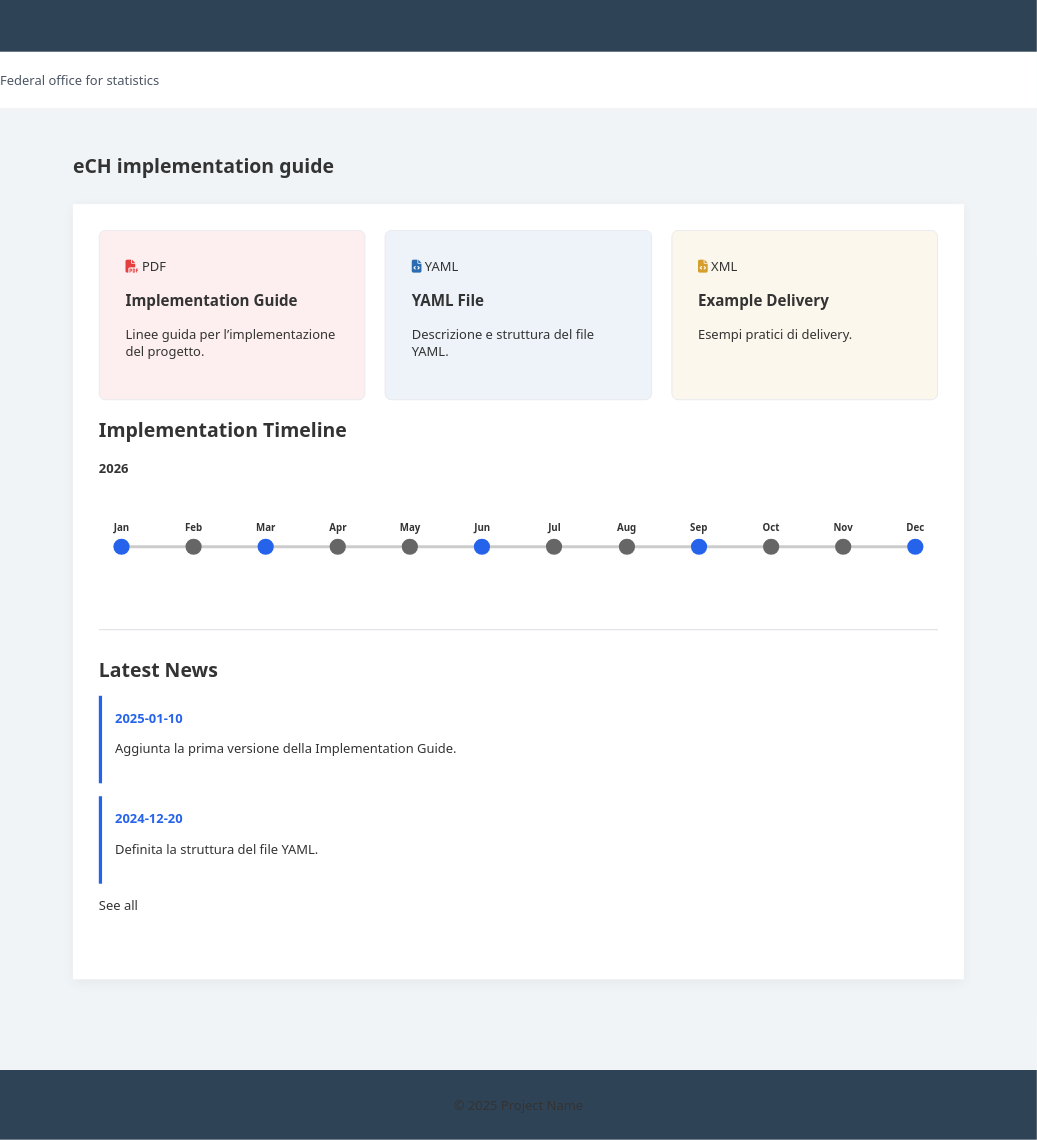
Repository: bfspoku/ech-0252-docs
Page: index.html
These files come from the project's save history. The page is drawn as it stood at one moment and after the next save; the edit follows.
The browser window is 1280 px wide. The pictures show the whole page, at 81% of full size.

Above is the page before, as saved 2025-12-17 09:56:12.

### index.html
<!-- LINK FOR FONTS -->
<link rel="preconnect" href="https://fonts.googleapis.com">
<link rel="preconnect" href="https://fonts.gstatic.com" crossorigin>
<link href="https://fonts.googleapis.com/css2?family=Noto+Sans:ital,wght@0,400;0,600;0,700;1,400&display=swap" rel="stylesheet">
<!-- LINK FOR SVG -->
<link rel="stylesheet" href="https://cdnjs.cloudflare.com/ajax/libs/font-awesome/6.5.0/css/all.min.css">

<!DOCTYPE html>
<html lang="it">
<head>
  <meta charset="UTF-8">
  <title>eCH implementation guide</title>
  <link rel="stylesheet" href="css/style.css">
</head>
<body>

<header>

</header>

<section class="sub-banner">
      <p>Federal office for statistics</p>
</section>


<main>
    <h2>eCH implementation guide</h2>
    <section class = "wrapper">

        <!-- CARDS -->
        <section class="cards">
            <a class="card" href="implementation-guide.html" style="background-color: #e53e3e15;">
            <i class="fas fa-file-pdf" style="color:#E53E3E;"></i> PDF
            <h3>Implementation Guide</h3>
            <p>Linee guida per l’implementazione del progetto.</p>
            </a>

            <a class="card" href="yaml-file.html" style="background-color: #2b6bb015;">
            <i class="fas fa-file-code" style="color:#2B6CB0;"></i> YAML
            <h3>YAML File</h3>
            <p>Descrizione e struttura del file YAML.</p>
            </a>

            <a class="card" href="example-delivery.html" style="background-color: #D69E2E15;">
            <i class="fas fa-file-code" style="color:#D69E2E;"></i> XML
            <h3>Example Delivery</h3>
            <p>Esempi pratici di delivery.</p>
            </a>
        </section>

        <!-- INFORMATION -->
        <section class="information">

            <h2> Implementation Timeline<h2>
            <p>2026</p>
                <div class="timeline-container">
                    <div class="timeline-line"></div>

                    <div class="months">
                      <div class="month-point">
                        <span class="month-label">Jan</span>
                      </div>
                      <div class="month-point">
                        <span class="month-label">Feb</span>
                      </div>
                      <div class="month-point">
                        <span class="month-label">Mar</span>
                      </div>
                      <div class="month-point">
                        <span class="month-label">Apr</span>
                      </div>
                      <div class="month-point">
                        <span class="month-label">May</span>
                      </div>
                      <div class="month-point">
                        <span class="month-label">Jun</span>
                      </div>
                      <div class="month-point">
                        <span class="month-label">Jul</span>
                      </div>
                      <div class="month-point">
                        <span class="month-label">Aug</span>
                      </div>
                      <div class="month-point">
                        <span class="month-label">Sep</span>
                      </div>
                      <div class="month-point">
                        <span class="month-label">Oct</span>
                      </div>
                      <div class="month-point">
                        <span class="month-label">Nov</span>
                      </div>
                      <div class="month-point">
                        <span class="month-label">Dec</span>
                      </div>
                    </div>
                  </div>


                  <!-- Popup -->
                  <div class="popup" id="popup"></div>

                  <script src="js/script.js"></script>

            <div class="divider"></div>

            <h2>Latest News</h2>

            <ul class="updates">
            <li>
                <span class="date">2025-01-10</span>
                <p>Aggiunta la prima versione della Implementation Guide.</p>
            </li>
            <li>
                <span class="date">2024-12-20</span>
                <p>Definita la struttura del file YAML.</p>
            </li>
            </ul>
            <p>See all</p>
        </section>

    </section>

</main>

<footer>
  <p>© 2025 Project Name</p>
</footer>

</body>
</html>

### css/style.css
body {
    font-family: 'Noto Sans', system-ui, -apple-system, BlinkMacSystemFont,
    'Segoe UI', Roboto, Ubuntu, Cantarell, 'Helvetica Neue',
    Arial, sans-serif;
    margin: 0;
    background: #f0f4f7;
    color: #333;
  }

  header {
    background: #2f4356;
    color: white;
    padding: 2rem;
  }

  /* SUB-BANNER */
  .sub-banner {
    background-color: white;   /* bianco puro */
    padding: 1.5rem 0;         /* verticale */
    border-bottom: 1px solid #e5e7eb; /* linea di separazione */
  }

  .sub-banner h2 {
    margin: 0 0 0.5rem 0;
    font-weight: 600;
    color: #111827;
  }

  .sub-banner p {
    margin: 0;
    color: #4b5563;
    font-size: 16px;
  }

  main {
    padding: 2rem;
    max-width: 1100px;
    margin: auto;
  }

  h1, h2 {
    margin-bottom: 1rem;
  }

  .divider {
    width: 100%;             /* prende tutta la larghezza della wrapper o del container */
    height: 1px;             /* spessore della linea */
    background: #d1d5db;
    margin: 2rem 0;          /* spazio sopra e sotto */
    border: none;
  }

  /* Main wrapper for all the pages */
  .wrapper {
    max-width: 1100px;      /* larghezza massima */
    margin: 2rem auto;      /* centrato orizzontalmente, margine verticale */
    padding: 2rem;          /* spazio interno */
    background-color: #ffffff;  /* bianco-beige chiaro */
    box-shadow: 0 4px 15px rgba(0,0,0,0.05); /* leggero effetto profondità */
  }

  /* INFORMATION */
  .information {
    margin-bottom: 3rem;
  }

  .information p {
    font-size: 16px;
  }

  .updates {
    list-style: none;
    padding: 0;
  }

  .updates li {
    background: white;
    padding: 1rem;
    border-left: 4px solid #2563eb;
    margin-bottom: 1rem;
  }

  .date {
    font-weight: bold;
    color: #2563eb;
  }

  /* CARDS */
  .cards {
    display: grid;
    grid-template-columns: repeat(auto-fit, minmax(250px, 1fr));
    gap: 1.5rem;
  }

  .card {
    background: #e4e5e7;
    padding: 2rem;
    text-decoration: none;
    color: inherit;
    border: 1px solid #e5e7eb;
    border-radius: 8px;
    transition: transform 0.2s, box-shadow 0.2s;
  }

  .card:hover {
    transform: translateY(-5px);
    box-shadow: 0 10px 20px rgba(0,0,0,0.1);
  }

  footer {
    text-align: center;
    padding: 1rem;
    background: #2f4356;
    margin-top: 3rem;
  }

  /* TIMELINE */
  .timeline-container {
    position: relative;
    width: 100%;
    max-width: 1000px;
    margin: auto;
    padding: 60px 0;
  }

  .timeline-line {
    position: absolute;
    top: 50%;
    left: 0;
    width: 100%;
    height: 4px;
    background-color: #ccc;
    border-radius: 2px;
    transform: translateY(-50%);
  }

  .months {
    display: flex;
    justify-content: space-between;
    position: relative;
    z-index: 1;
  }

  .month-point {
    width: 20px;
    height: 20px;
    background-color: #666;
    border-radius: 50%;
    position: relative;
    cursor: default;
  }

  .month-point-active{
      width: 20px;
      height: 20px;
      background-color:  #2563eb;
      border-radius: 50%;
      position: relative;
      cursor: default;
  }

  .month-point-active:hover {
    background-color: #0853f6;
  }

  .month-label {
    position: absolute;
    bottom: 100%;
    left: 50%;
    transform: translateX(-50%);
    font-size: 12px;
    color: #333;
    margin-bottom: 6px;
  }

  /* Eventi dinamici */
  .event {
    position: absolute;
    width: 16px;
    height: 16px;
    background-color: #28a745; /* verde */
    border-radius: 50%;
    top: -8px; /* sopra la linea dei mesi */
    cursor: pointer;
    transform: translateX(-50%);
    z-index: 2;
  }

  #popup {
    position: absolute;
    width: 250px;      /* larghezza quadrata */
    height: 250px;     /* altezza quadrata */
    background: #e4e5e7;
    color: #000;
    display: none;
    text-decoration: none;
    text-align: center;
    padding: 10px;
    box-sizing: border-box;
    pointer-events: none;
    font-size: 14px;
    line-height: 1.4;
    box-shadow: 0 4px 10px rgba(0,0,0,0.1);
    z-index: 100;
    border-radius: 8px;
    border: 1px solid #e5e7eb;
    transition: transform 0.2s, box-shadow 0.2s;
  }

  .popup-line {
    display: block;       /* simula un <br> */
    margin-bottom: 8px;   /* distanza tra le righe */
    color: #333;          /* colore diverso se vuoi */
  }

  .popup-line h1 {
    font-size: 14px;
    font-weight: bold;
  }

  .popup-line p {
    font-size: 12px;
    font-weight: normal;
  }

### js/script.js
const months = document.querySelectorAll('.months .month-point');
const eventsData = [
  { "month": "Jan", "title": "This is a title", "message": "This is an event in January" },
  { "month": "Mar", "title": "This is a title", "message": "Event in March" },
  { "month": "Jun", "title": "This is a title", "message": "Event in June" },
  { "month": "Sep", "title": "This is a title", "message": "Event in September" },
  { "month": "Dec", "title": "This is a title", "message": "Event in December" }
];

const popup = document.getElementById('popup');

// Cicla su tutti i mesi
months.forEach(monthEl => {
  const monthLabel = monthEl.querySelector('.month-label').textContent;

  // Trova eventi per questo mese
  const monthEvents = eventsData.filter(evt => evt.month === monthLabel);

  if (monthEvents.length > 0) {
    // Cambia classe del mese
    monthEl.classList.add('month-point-active');
    monthEl.classList.remove('month-point'); // opzionale

    // Popup al passaggio del mouse
    monthEl.addEventListener('mouseenter', () => {
    popup.innerHTML = monthEvents.map(e =>
      `<div class="popup-line">
        <h1>${e.title}</h1><br>
        <p>${e.message}</p>
      </div>`).join('');
      popup.style.display = 'block';
      const rect = monthEl.getBoundingClientRect();

      // Posizione sotto la timeline
      popup.style.top = rect.bottom + 10 + window.scrollY + 'px'; // 10px sotto il puntino
      popup.style.left = rect.left + rect.width / 2 + window.scrollX + 'px';
      popup.style.transform = 'translateX(-50%)'; // centrato rispetto al mese
    });

    monthEl.addEventListener('mouseleave', () => {
      popup.style.display = 'none';
    });
  }
});

After the next save:
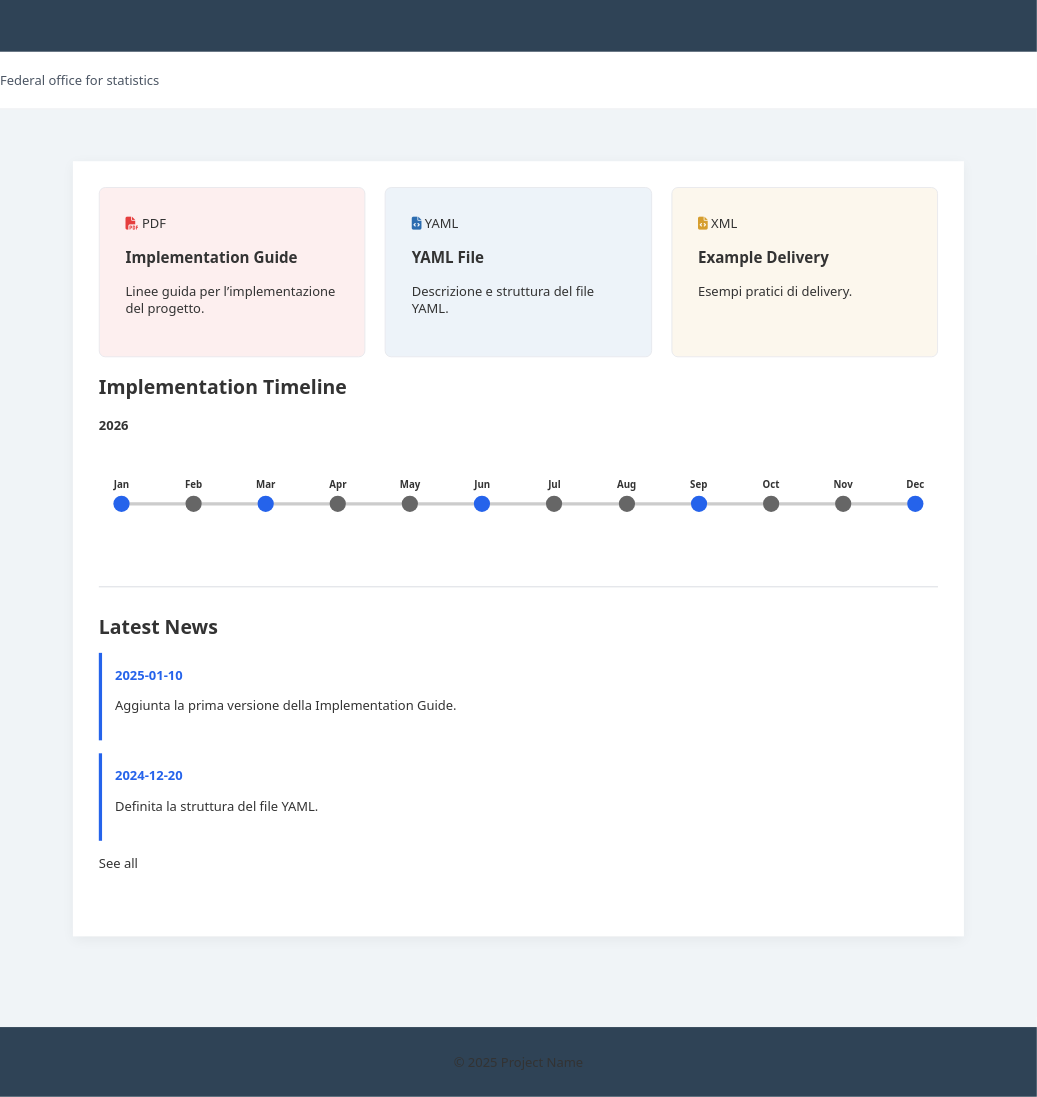
Saved 2 min 1 s later.
--- a/index.html
+++ b/index.html
@@ -24,24 +24,23 @@
 
 
 <main>
-    <h2>eCH implementation guide</h2>
     <section class = "wrapper">
 
         <!-- CARDS -->
         <section class="cards">
-            <a class="card" href="implementation-guide.html" style="background-color: #e53e3e15;">
+            <a class="card" href="ech-0252-guide.html" style="background-color: #e53e3e15;">
             <i class="fas fa-file-pdf" style="color:#E53E3E;"></i> PDF
             <h3>Implementation Guide</h3>
             <p>Linee guida per l’implementazione del progetto.</p>
             </a>
 
-            <a class="card" href="yaml-file.html" style="background-color: #2b6bb015;">
+            <a class="card" href="ech-0252-yaml.html" style="background-color: #2b6bb015;">
             <i class="fas fa-file-code" style="color:#2B6CB0;"></i> YAML
             <h3>YAML File</h3>
             <p>Descrizione e struttura del file YAML.</p>
             </a>
 
-            <a class="card" href="example-delivery.html" style="background-color: #D69E2E15;">
+            <a class="card" href="ech-0252-example.html" style="background-color: #D69E2E15;">
             <i class="fas fa-file-code" style="color:#D69E2E;"></i> XML
             <h3>Example Delivery</h3>
             <p>Esempi pratici di delivery.</p>
